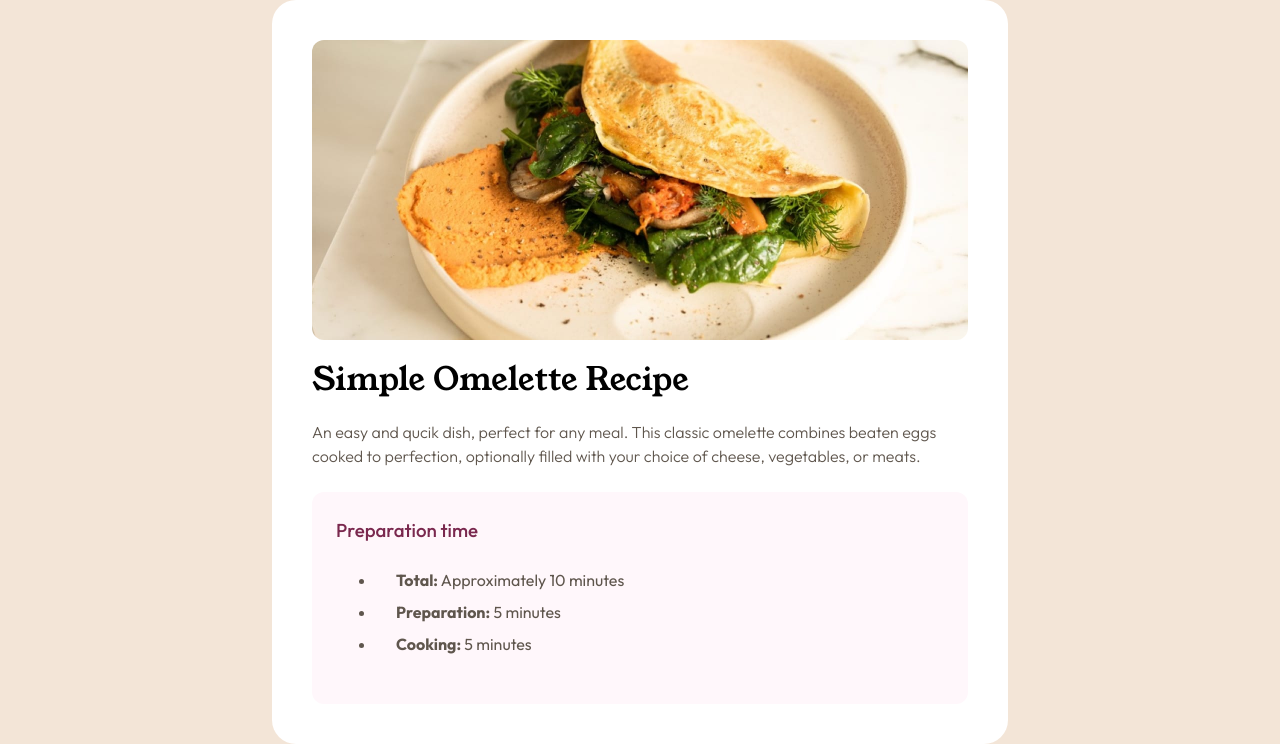
Repository: brandontaylor1/recipe-page
Page: index.html
These files come from the project's save history. The page is drawn as it stood at one moment and after the next save; the edit follows.
The browser window is 1280 px wide. The pictures show the whole page.

Above is the page before, as saved 2024-12-28 22:19:24.

### index.html
<!DOCTYPE html>
<html lang="en">
<head>
    <meta charset="UTF-8">
    <meta name="viewport" content="width=device-width, initial-scale=1.0">
    <link rel="preconnect" href="https://fonts.googleapis.com">
    <link rel="preconnect" href="https://fonts.gstatic.com" crossorigin>
    <link href="https://fonts.googleapis.com/css2?family=Outfit:wght@100..900&family=Young+Serif&display=swap" rel="stylesheet">
    <link rel="stylesheet" href="styles.css">
    <title>Recipe Page</title>
</head>
<body>
    <main class="container">
        <div class="recipe-card">
            <div class="recipe-title-content">
                <img src="./assets/images/image-omelette.jpeg" alt="recipe-image">
                <h1>Simple Omelette Recipe</h1>
                <p>An easy and qucik dish, perfect for any meal. This classic omelette combines beaten eggs cooked to perfection, optionally filled with your choice of cheese, vegetables, or meats. </p>
            </div>
            <div class="preparation-container">
                <h3>Preparation time</h3>
                <ul class="preparation-time">
                    <li><strong>Total:</strong> Approximately 10 minutes</li>
                    <li><strong>Preparation:</strong> 5 minutes</li>
                    <li><strong>Cooking:</strong> 5 minutes</li>
                </ul>
            </div>
            <div class="ingredients-container">
                <h2></h2>

            </div>
            <div class="instructions-container">

            </div>
            <div class="nutrition-container">

            </div>
        </div>


    </main>



    <script src="index.js"></script>
</body>
</html>

### styles.css
*,
*::before,
*::after {
    box-sizing: border-box;
}

body,
h1,
h2,
h3,
h4,
h5,
h6,
p,
figure,
picture {
    margin: 0;
}

body {
    line-height: 1.5;
    min-height: 100vh;
}

img,
picture {
    max-width: 100%;
    display: block;
}

input,
button,
textarea,
select {
    font: inherit;
}

@media (prefers-reduced-motion: reduce) {
    *,
    *::before,
    *::after {
      animation-duration: 0.01ms !important;
      animation-iteration-count: 1 !important;
      transition-duration: 0.01ms !important;
      scroll-behavior: auto !important;
    }
  }

  /* UTILITY CLASSES */
  /* .flex{
    display: flex;
    gap: var(--gap, 1rem);
  }

  .grid {
    display: grid;
    gap: var(--gap, 1rem);
  }

  .container {
    padding: 0 2rem;
    margin: 0 auto;
    max-width: 80rem;
  }

  .sr-only {
    position: absolute;
    width: 1px;
    height: 1px;
    padding: 0;
    margin: -1px;
    overflow: hidden;
    clip: rect(0, 0, 0, 0);
    white-space: nowrap;
    border-width: 0;
  }

  .backgroundColor {
    background-color: var(--color-rose-50);
  } */




:root {
    /* COLORS */
    --color-rose-800: #7A284E;
    --color-rose-50: #FFF7FB;

    --color-stone-900: #312E2C;
    --color-stone-600: #5F564D;
    --color-stone-150: #E3DDD7;
    --color-stone-100: #F3E5D7;

    --color-brown-800: #854632;

    --color-white: #FFFFFF;
    --color-black: #000000;

    /* FONTS */
    /* @font-face {
        font-family: "YoungSerif-Regular", sans-serif;
        src: url(./fonts/YoungSerif-Regular.ttf) format('ttf');
    }

    @font-face {
        font-family: "Outfit-SemiBold", sans-serif;
        src: url(./fonts/Outfit-SemiBold.ttf) format('ttf');
    }

    @font-face {
        font-family: "Outfit-Bold", sans-serif;
        src: url(./fonts/Outfit-Bold.ttf) format('ttf');
    }

    @font-face {
        font-family: "Outfit-Regular", sans-serif;
        src: url(./fonts/Outfit-Regular.ttf) format('ttf');
    } */

    /* FONT SIZES */
    /* --fs-h1: 9.375rem;
    --fs-h2: 1.75rem;
    --fs-h3: 1.25rem;
    --fs-p: 1rem; */

}

.container {
    display: flex;
    flex-direction: column;
    align-items: center;
    justify-content: center;
    padding: 0 2rem;
    margin: 0 auto;
    max-width: 80rem;
    background-color: var(--color-stone-100);

}

.recipe-card {
    display: flex;
    flex-direction: column;
    align-items: flex-start;
    justify-content: space-between;
    width: 736px;
    padding: 40px;
    background-color: var(--color-white);
    border-radius: 24px;

}

.recipe-card img {
    width: 100%;
    border-radius: 12px;
}

.recipe-card h1 {
    padding: 1rem 0;
    font-family: "Young Serif", sans-serif;
    font-weight: 200;
}

.recipe-title-content p {
    color: var(--color-stone-600);
    font-family: "Outfit", sans-serif;
    font-size: 16px;
    font-weight: 300;
    line-height: 24px;
}

.preparation-container {
    display: flex;
    flex-direction: column;
    align-items: flex-start;
    width: 100%;
    margin-top: 24px;
    padding: 24px;
    border-radius: 12px;;
    background-color: var(--color-rose-50);
}

.preparation-container h3 {
    font-family: "Outfit", sans-serif;
    font-weight: 500;
    color: var(--color-rose-800);
}

.preparation-container p {
    font-family: "Outfit", sans-serif;
}

.preparation-time li {
    font-family: "Outfit", sans-serif;
    color: var(--color-stone-600);
    font-size: 16px;
    font-weight: 400;
    line-height: 24px;
    margin: 8px 0;
    padding-left: 20px;
}

.preparation-time li strong {
    font-family: "Outfit", sans-serif;
    font-weight: 700;
    font-size: 16px;
    color: var(--color-stone-600);
    line-height: 24px;
}

Loaded but not shown: index.js (common file)

After the next save:
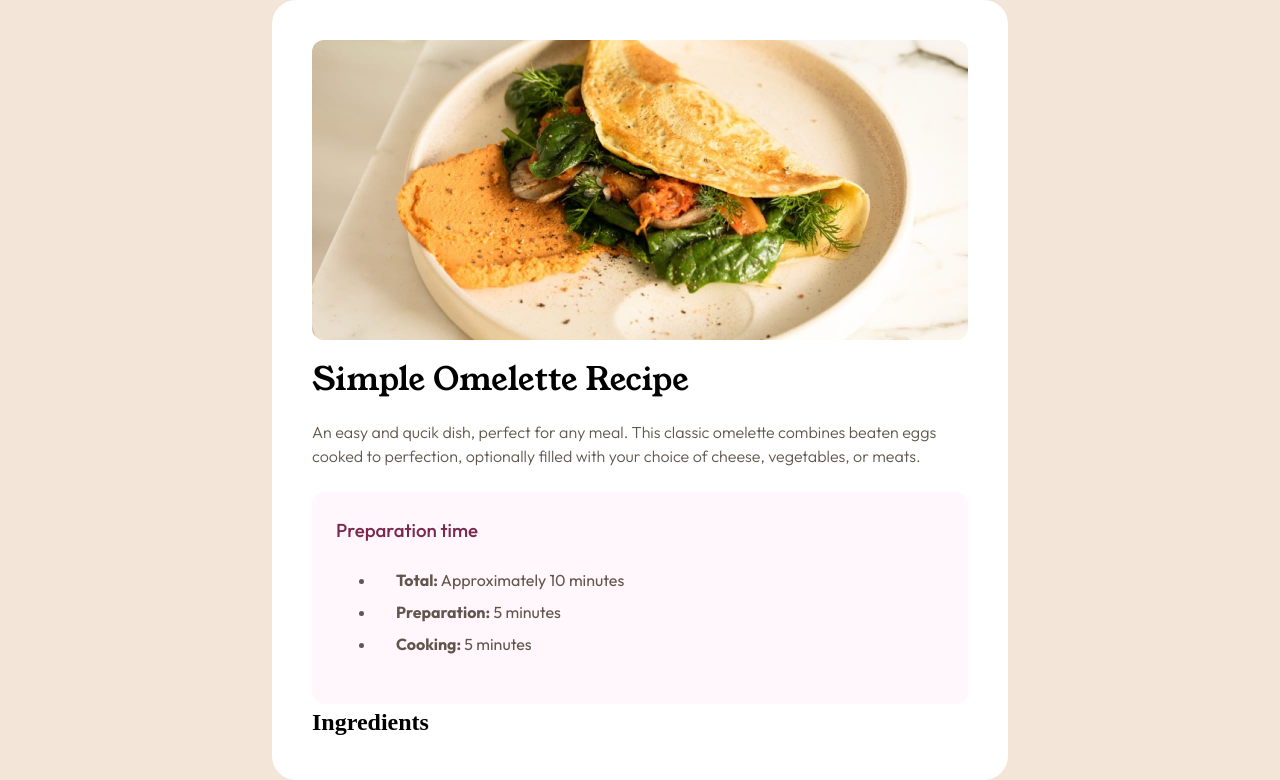
Saved 4 s later.
--- a/index.html
+++ b/index.html
@@ -26,7 +26,7 @@
                 </ul>
             </div>
             <div class="ingredients-container">
-                <h2></h2>
+                <h2>Ingredients</h2>
 
             </div>
             <div class="instructions-container">
